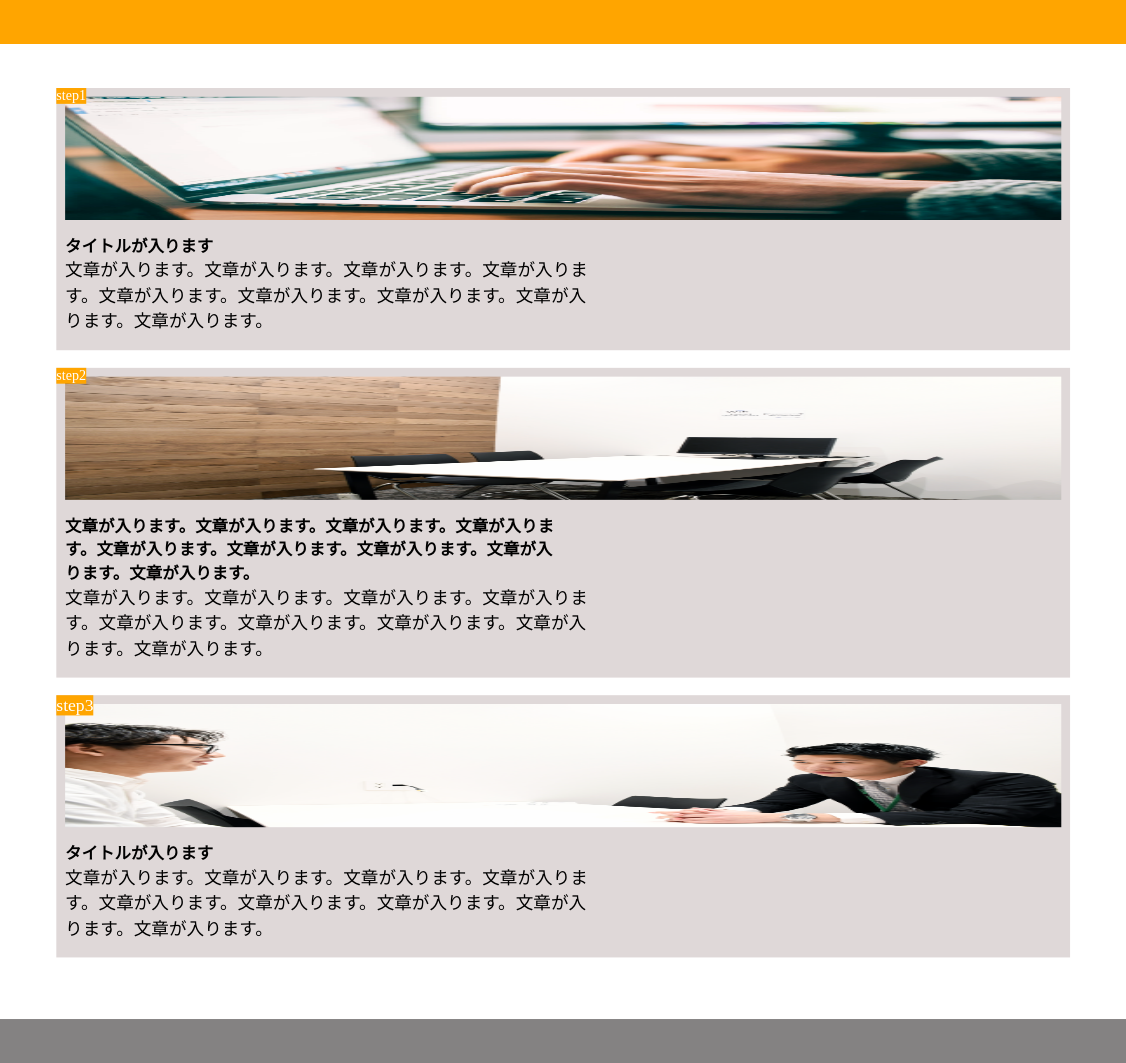
Repository: ishidaryu/ishidaryu
Page: HW/HW.html
The author's editor kept a record of every edit. The page is drawn from the files as they stood at one moment, then again after the next edit.
The browser window is 1280 px wide. The pictures show the whole page, at 88% of full size.

Above is the page before.

After the next edit:
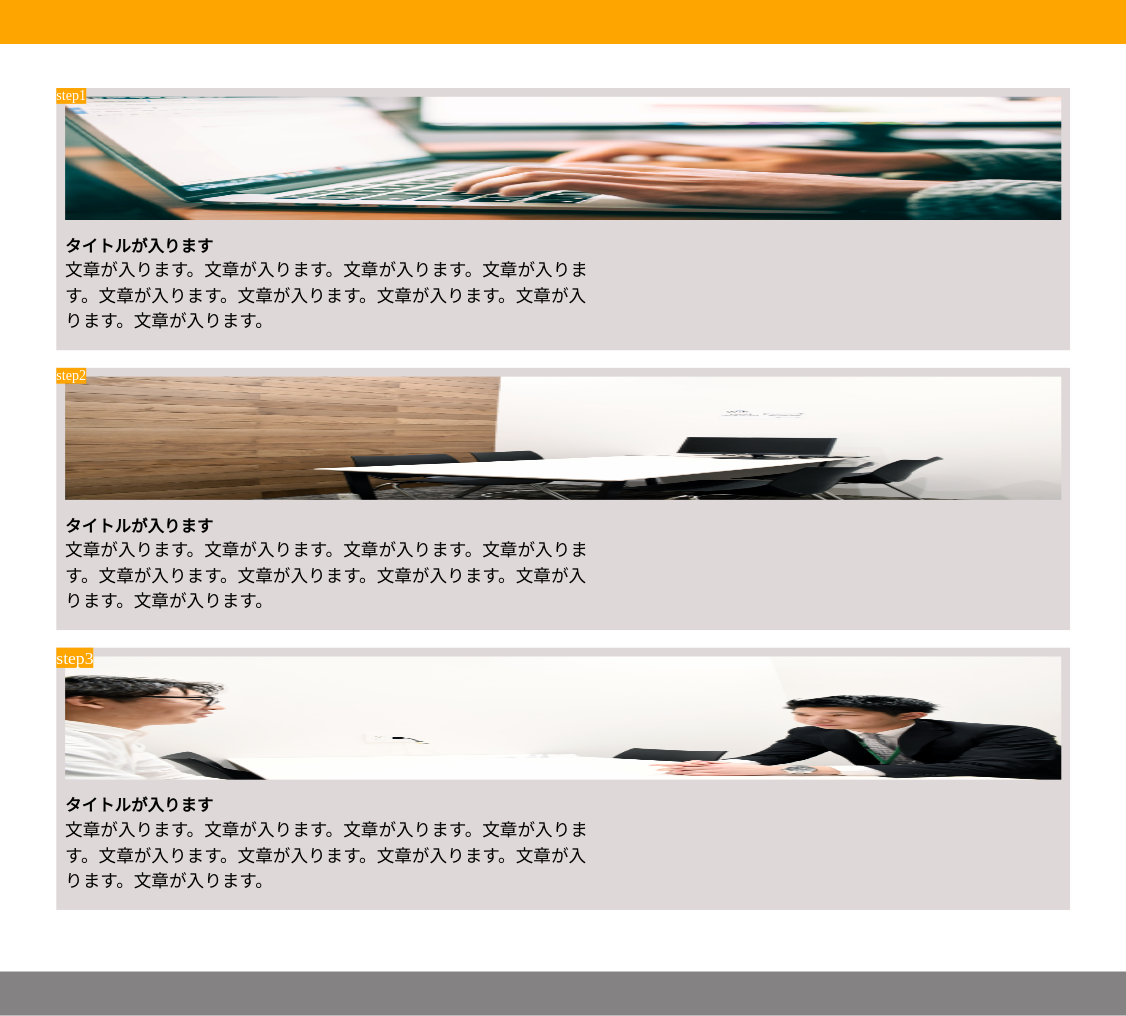
The edit:
--- a/HW/HW.html
+++ b/HW/HW.html
@@ -47,10 +47,8 @@
 
                 <section class="blog-text">
                   <h3 class="blog-text-headimg">
-                    <p href="single.html">
-                      文章が入ります。文章が入ります。文章が入ります。文章が入りま<br />
-                      す。文章が入ります。文章が入ります。文章が入ります。文章が入<br />
-                      ります。文章が入ります。
+                    <p>
+                      タイトルが入ります
                     </p>
                   </h3>
                 <p class="blog-date">
